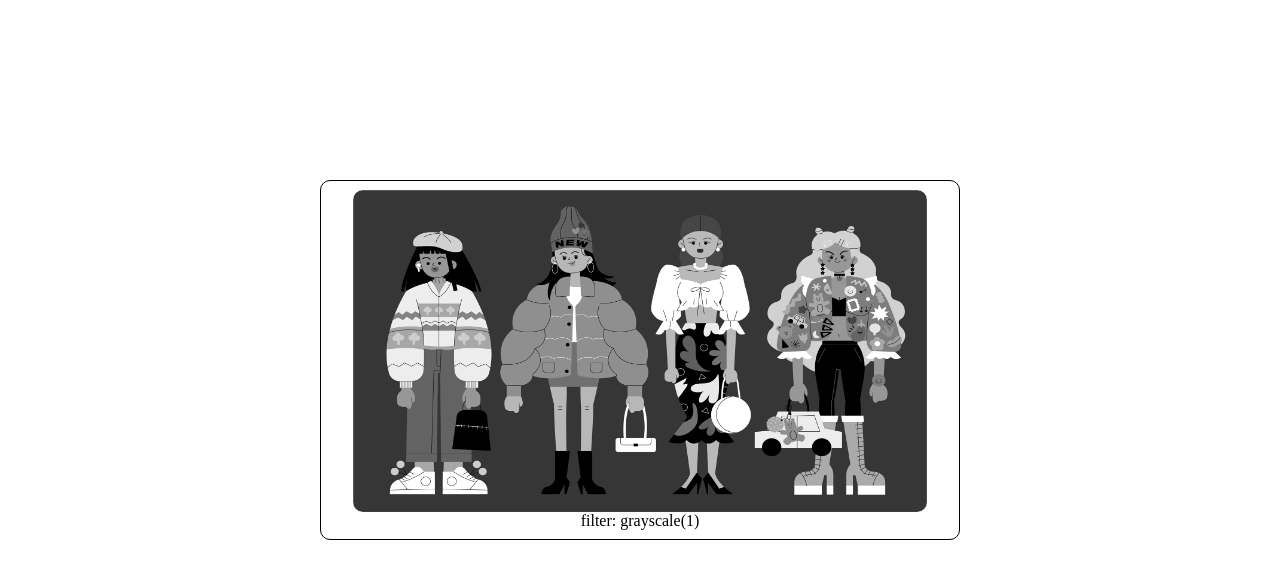
Repository: beva3/javaScrypt
Page: claire-dark/filter-grayscale.html
These files come from the project's save history. The page is drawn as it stood at one moment and after the next save; the edit follows.
The browser window is 1280 px wide. The pictures show the whole page.

Above is the page before, as saved 2024-05-10 13:09:20.

After the next save:
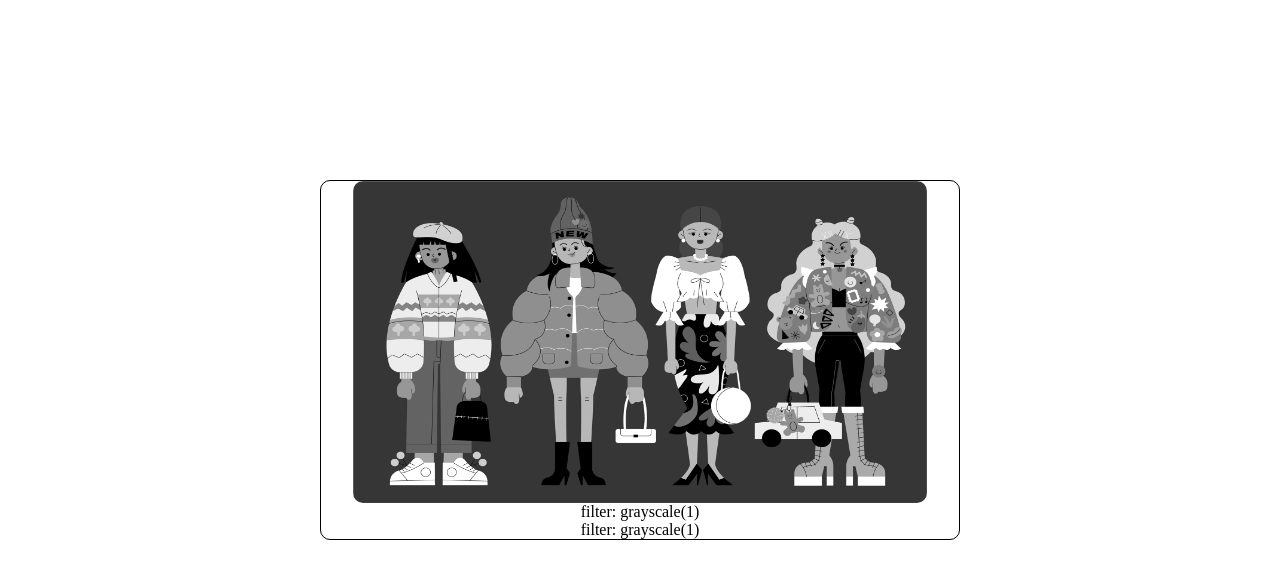
Saved 34 s later.
--- a/claire-dark/filter-grayscale.html
+++ b/claire-dark/filter-grayscale.html
@@ -45,6 +45,7 @@
     <div class="img">
         <img src="./img.png" alt="img">
         <p>filter: grayscale(1)</p>
+        <p>filter: grayscale(1)</p>
     </div>
 </body>
 </html>
